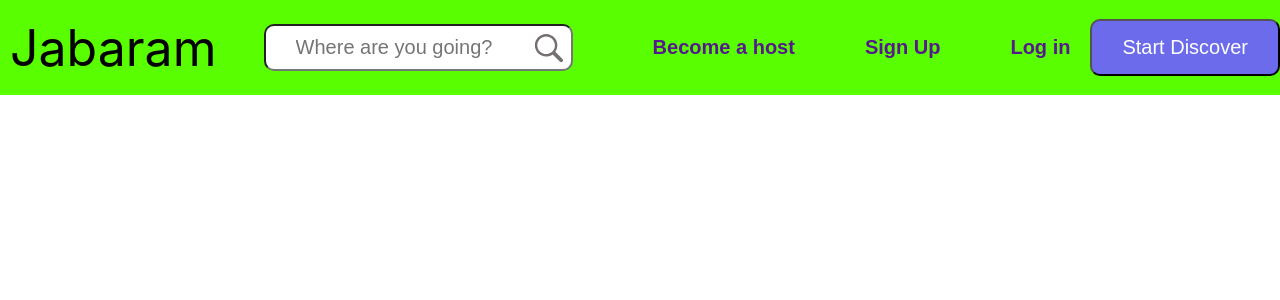
Repository: manahiang/Jabaram-web
Page: / (app in src/)
The author's editor kept a copy of each file at every save. The page is drawn from the files as they stood at one save, then again after the next save.
The browser window is 1280 px wide. The pictures show the whole page.
The project was rebuilt for these pictures with package versions that can differ from the ones it lists, and the page was loaded fresh each time. Also part of the build but not shown: src/src/App.css.

Above is the page before, as saved 2022-11-30 09:50:28.

### src/src/index.css
body {
  margin: 0;
  padding: 0;
  font-family: -apple-system, BlinkMacSystemFont, 'Segoe UI', 'Roboto', 'Oxygen',
    'Ubuntu', 'Cantarell', 'Fira Sans', 'Droid Sans', 'Helvetica Neue',
    sans-serif;
  -webkit-font-smoothing: antialiased;
  -moz-osx-font-smoothing: grayscale;
}

code {
  font-family: source-code-pro, Menlo, Monaco, Consolas, 'Courier New',
    monospace;
}
.container{
  width: 100%;
  height: auto;
  background-color: rgb(227, 212, 194);
}
.header{
  max-width: 1780px;
  height: auto;
  background-color: rgb(89, 255, 0);
  margin: auto;
  display: flex;
  align-items: center;
  justify-content:space-between
}
.header ul li{
  display: inline-block;
  padding: 20px;
  margin-left: 20px;
  transition: all 0.5s;
}
.header ul li a{
  text-decoration: none;
  font-size: 20px;
  font-family:Arial, Helvetica, sans-serif;
  font-weight: 800;
 transition: all 0.5s;
 margin-left: 10px;
}
.header ul li:hover {
  color: rgb(41, 34, 34);
  background-color: rgb(195, 173, 173);
  border-radius: 10px;
}
.menu input{
  padding: 10px;
  outline: none;
  border-radius: 10px;
  padding-left: 30px;
  font-size: 20px;
}
.menu ul   button{
  font-size: 20px;
  background-color: rgb(107, 107, 235);
  color: white;
  padding: 15px;
  padding-left: 30px;
  padding-right: 30px;
  border-radius: 10px;
  outline: none;
  cursor: pointer;
}
.icon-search{
  font-size: 30px;
  color: rgb(117, 111, 111);
}
.icon-search-Go{
  transform: translate(-40px,10px);
}

/* Logo */

.logo{
  margin-left: 10px;
  font-size: 50px;
  cursor: pointer;
}

### src/src/App.js

import './App.css';
import'./index.css';
import Header from './header';

function App() {
  return (
    <>
    <Header/>
    </>
  );
}

export default App;

### src/src/header.js
import React from 'react'
import { GoSearch } from "react-icons/go";

function Header() {
    return (
        <div className='container'>
            <div className='header'>
                <div className='logo'>Jabaram</div>
                <div className='menu'>
                    <ul>
                        <input placeholder='Where are you going?' />
                        <span className='icon-search'><GoSearch className='icon-search-Go'/></span>
                        <li><a href=''>Become a host</a></li>
                        <li><a href=''>Sign Up</a></li>
                        <li><a href=''>Log in</a></li>
                        <button>Start Discover</button>
                    </ul>
                </div>
            </div>
        </div>
    )
}

export default Header

Loaded but not shown: src/public/index.html (common file); src/src/index.js (common file); src/src/reportWebVitals.js (common file)

After the next save:
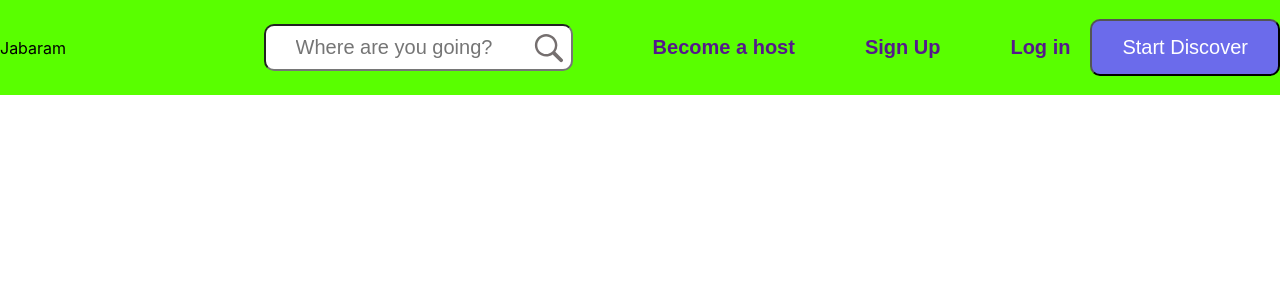
Saved 12 s later.
--- a/src/src/index.css
+++ b/src/src/index.css
@@ -70,7 +70,7 @@
 .icon-search-Go{
   transform: translate(-40px,10px);
 }
-
+.i
 /* Logo */
 
 .logo{

After the 4 saves that followed:
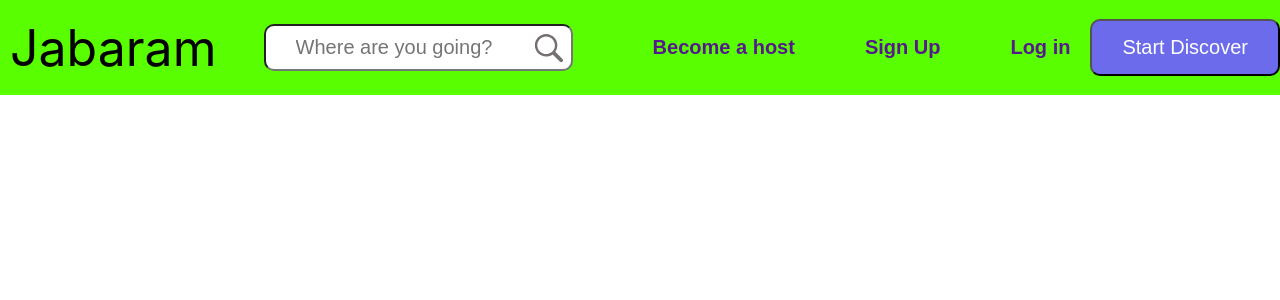
The 4 saves are shown as one change because they came seconds apart.
The last was saved 12 s later.
--- a/src/src/index.css
+++ b/src/src/index.css
@@ -70,7 +70,9 @@
 .icon-search-Go{
   transform: translate(-40px,10px);
 }
-.i
+.icon-search:hover{
+  background-color: red;
+}
 /* Logo */
 
 .logo{
